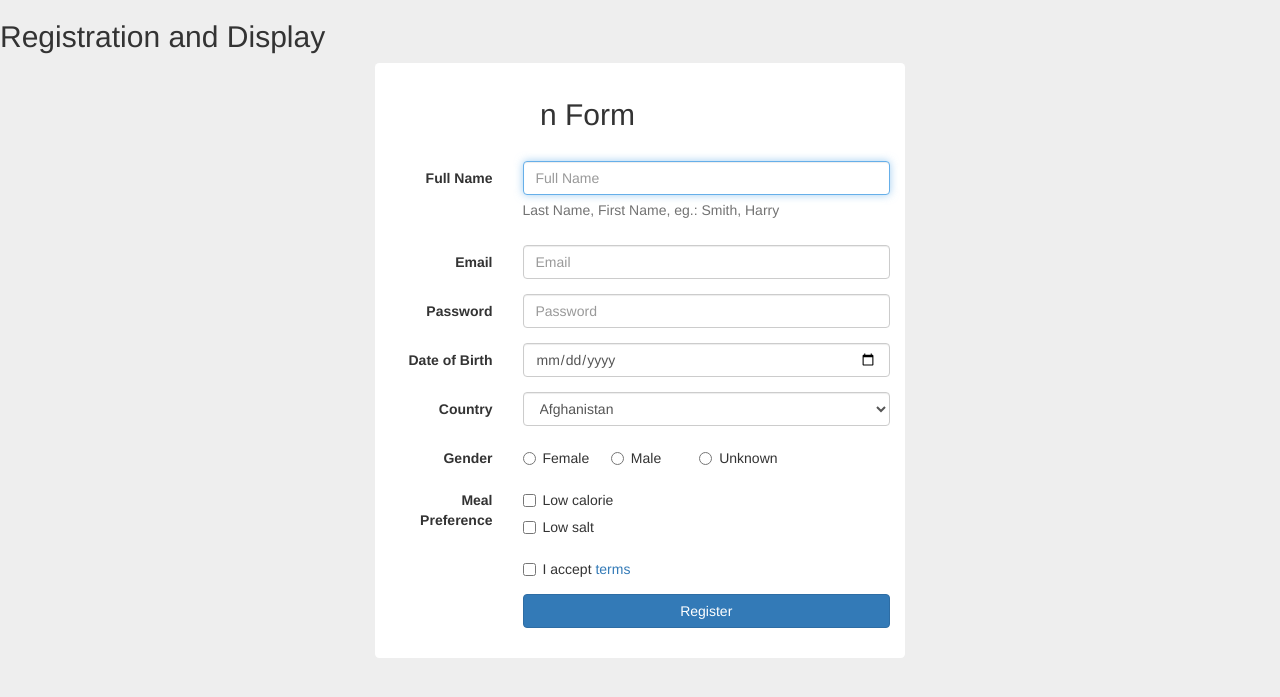
Repository: MeghaNagari/PracticeAtVMC
Page: Practice/VuePractice/WebContent/LoginDisplay.html
The author's editor kept a copy of each file at every save. The page is drawn from the files as they stood at one save, then again after the next save.
The browser window is 1280 px wide. The pictures show the whole page.
Some web libraries are served in a nearby version.

Above is the page before, as saved 2018-03-20 17:33:18.
Console error (its wording comes from the project's code and is left out).

### Practice/VuePractice/WebContent/LoginDisplay.html
<link href="//netdna.bootstrapcdn.com/bootstrap/3.2.0/css/bootstrap.min.css" rel="stylesheet" id="bootstrap-css">
<script src="//netdna.bootstrapcdn.com/bootstrap/3.2.0/js/bootstrap.min.js"></script>
<script src="//code.jquery.com/jquery-1.11.1.min.js"></script>
<link rel="stylesheet" href="css/LoginStyle.css">
<script src="https://cdn.jsdelivr.net/npm/vue/dist/vue.js"></script>
<!------ Include the above in your HEAD tag ---------->
<h2 style="align:center">Registration and Display</h2>
<div class="container">
      <form v-on:submit.prevent="my-component"  class="form-horizontal" role="form">
                <h2>n Form</h2>
                <div class="form-group">
                    <label for="firstName" class="col-sm-3 control-label">Full Name</label>
                    <div class="col-sm-9">
                        <input type="text" v-model="firstName" placeholder="Full Name" class="form-control" autofocus>
                        <span class="help-block">Last Name, First Name, eg.: Smith, Harry</span>
                    </div>
                </div>
                <div class="form-group">
                    <label for="email" class="col-sm-3 control-label">Email</label>
                    <div class="col-sm-9">
                        <input type="email" v-model="email" placeholder="Email" class="form-control">
                    </div>
                </div>
                <div class="form-group">
                    <label for="password" class="col-sm-3 control-label">Password</label>
                    <div class="col-sm-9">
                        <input type="password" v-model="password" placeholder="Password" class="form-control">
                    </div>
                </div>
                <div class="form-group">
                    <label for="birthDate" class="col-sm-3 control-label">Date of Birth</label>
                    <div class="col-sm-9">
                        <input type="date" v-model="birthDate" class="form-control">
                    </div>
                </div>
                <div class="form-group">
                    <label for="country" class="col-sm-3 control-label">Country</label>
                    <div class="col-sm-9">
                        <select id="country" class="form-control">
                            <option>Afghanistan</option>
                            <option>Bahamas</option>
                            <option>Cambodia</option>
                            <option>Denmark</option>
                            <option>Ecuador</option>
                            <option>Fiji</option>
                            <option>Gabon</option>
                            <option>Haiti</option>
                        </select>
                    </div>
                </div> <!-- /.form-group -->
                <div class="form-group">
                    <label class="control-label col-sm-3">Gender</label>
                    <div class="col-sm-6">
                        <div class="row">
                            <div class="col-sm-4">
                                <label class="radio-inline">
                                    <input type="radio" id="femaleRadio" value="Female">Female
                                </label>
                            </div>
                            <div class="col-sm-4">
                                <label class="radio-inline">
                                    <input type="radio" id="maleRadio" value="Male">Male
                                </label>
                            </div>
                            <div class="col-sm-4">
                                <label class="radio-inline">
                                    <input type="radio" id="uncknownRadio" value="Unknown">Unknown
                                </label>
                            </div>
                        </div>
                    </div>
                </div> <!-- /.form-group -->
                <div class="form-group">
                    <label class="control-label col-sm-3">Meal Preference</label>
                    <div class="col-sm-9">
                        <div class="checkbox">
                            <label>
                                <input type="checkbox" id="calorieCheckbox" value="Low calorie">Low calorie
                            </label>
                        </div>
                        <div class="checkbox">
                            <label>
                                <input type="checkbox" id="saltCheckbox" value="Low salt">Low salt
                            </label>
                        </div>
                    </div>
                </div> <!-- /.form-group -->
                <div class="form-group">
                    <div class="col-sm-9 col-sm-offset-3">
                        <div class="checkbox">
                            <label>
                                <input type="checkbox">I accept <a href="#">terms</a>
                            </label>
                        </div>
                    </div>
                </div> <!-- /.form-group -->
                <div class="form-group">
                    <div class="col-sm-9 col-sm-offset-3">
                        <button type="submit" class="btn btn-primary btn-block">Register</button>
                    </div>
                </div>
            </form> <!-- /form -->
        </div> <!-- ./container -->

        <script>
        new Vue({
        	el:".container",
        	data:{
        		firstName:"",
        		email:"",
        		password:"",
        		birthDate:""
        	},
        	components: {
        	    // <my-component> will only be available in parent's template
        	    'my-component': Child
        	  }
        	})

        })

        var Child = {
        	  template: '<div>A custom component!</div>'
        	}


        </script>

### Practice/VuePractice/WebContent/css/LoginStyle.css
body {
    background-color: #eee;
}

*[role="form"] {
    max-width: 530px;
    padding: 15px;
    margin: 0 auto;
    background-color: #fff;
    border-radius: 0.3em;
}

*[role="form"] h2 {
    margin-left: 5em;
    margin-bottom: 1em;
}

After the next save:
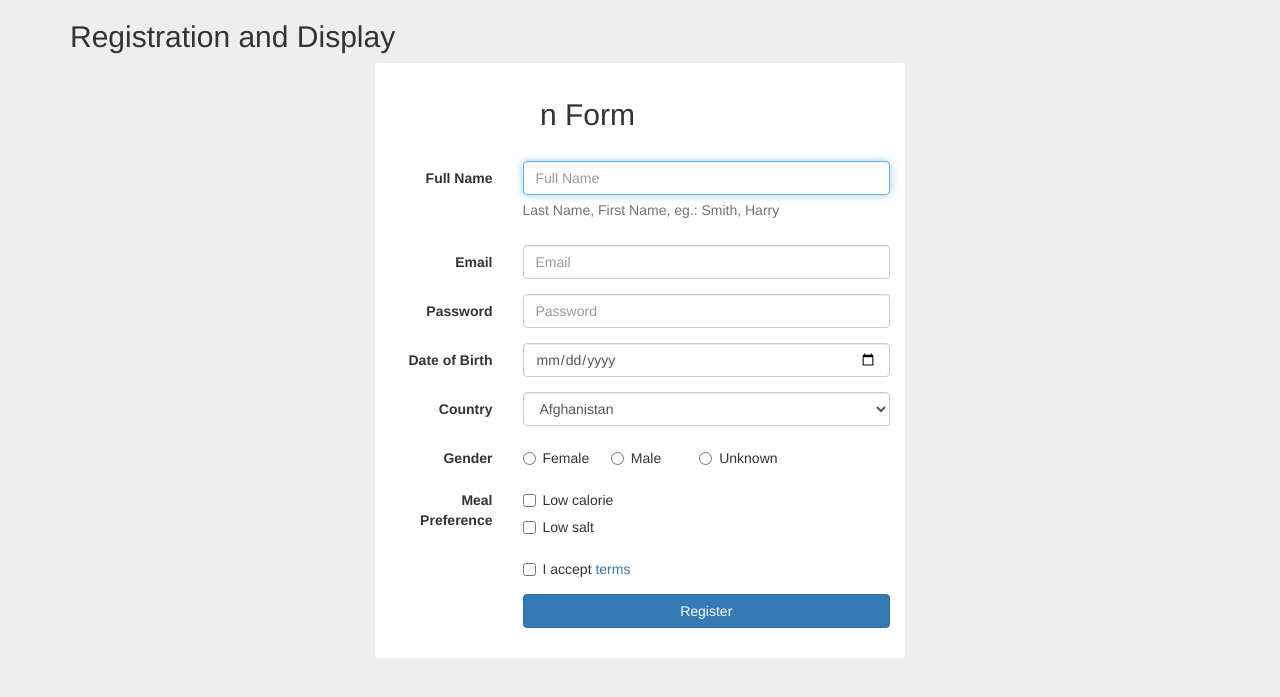
Saved 39 s later.
--- a/Practice/VuePractice/WebContent/LoginDisplay.html
+++ b/Practice/VuePractice/WebContent/LoginDisplay.html
@@ -4,8 +4,9 @@
 <link rel="stylesheet" href="css/LoginStyle.css">
 <script src="https://cdn.jsdelivr.net/npm/vue/dist/vue.js"></script>
 <!------ Include the above in your HEAD tag ---------->
-<h2 style="align:center">Registration and Display</h2>
+
 <div class="container">
+				<h2 style="align:center">Registration and Display</h2>
       <form v-on:submit.prevent="my-component"  class="form-horizontal" role="form">
                 <h2>n Form</h2>
                 <div class="form-group">
